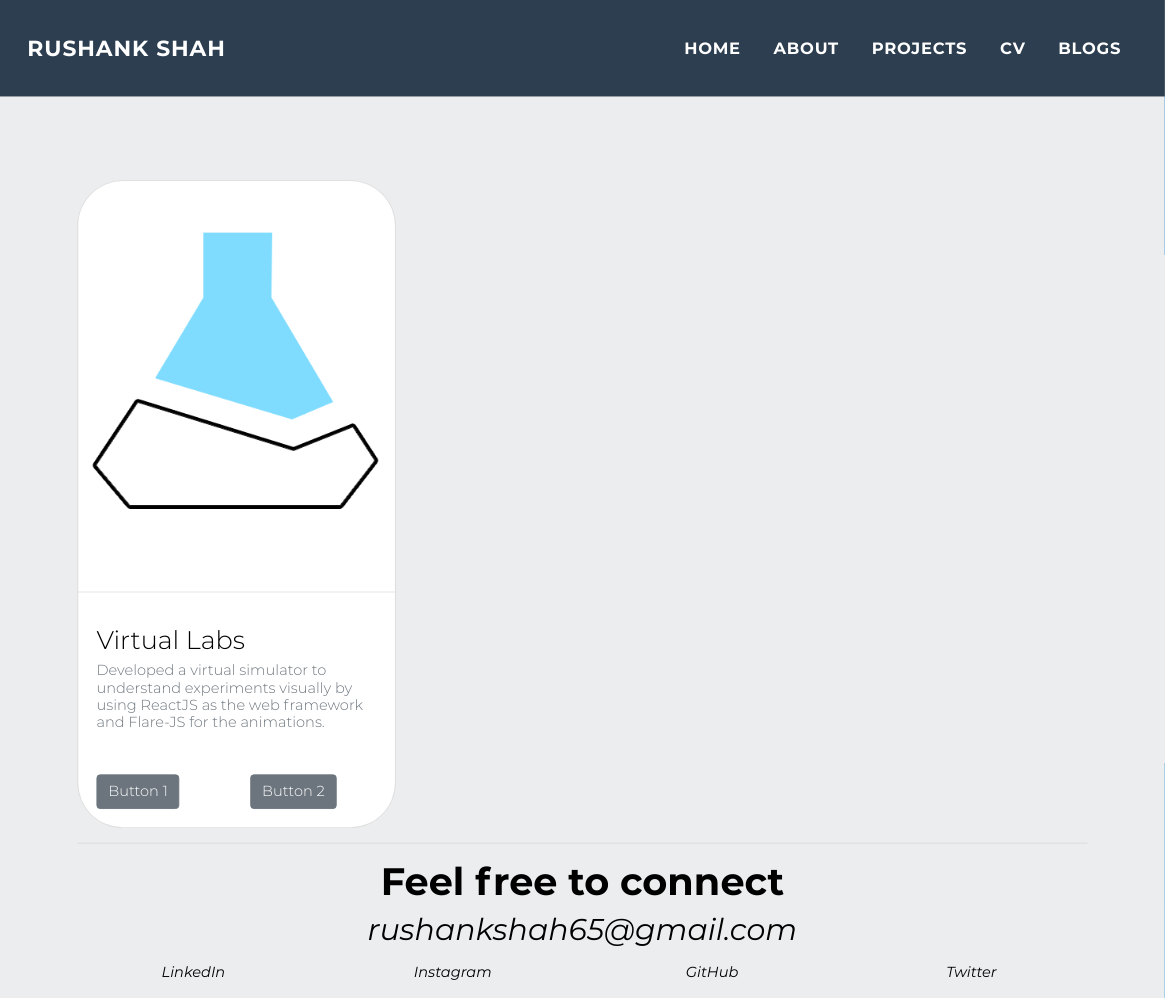
Repository: rushankshah/rushank-shah
Page: /projects
These files come from the project's save history. The page is drawn as it stood at one moment and after the next save; the edit follows.
The browser window is 1280 px wide. The pictures show the whole page, at 91% of full size.
The project was rebuilt for these pictures with package versions that can differ from the ones it lists, and the page was loaded fresh each time. The framework's server and built-in components were replaced by stand-ins that run in the browser. Also part of the build but not shown: next.config.js.

Above is the page before, as saved 2020-12-02 20:11:34.

### pages/projects.js
import BaseLayout from '../components/layouts/BaseLayout'
import BasePage from '../components/BasePage'
import { Button, Card, CardBody, CardImg, CardSubtitle, CardTitle, Col, Row } from 'reactstrap'


const projects = () => {
    return (
        <BaseLayout>
            <BasePage className='projects-page'>
                <Row className='mt-5'>
                    <Col md='4'>
                        <Card className='intro' style={{ borderRadius: '50px' }}>
                            <CardImg width='25%' top src="/static/images/virtual-labs-logo.png" alt="Card image cap"></CardImg>
                            <hr></hr>
                            <CardBody>
                                <CardTitle tag='h3'>
                                    Virtual Labs
                                </CardTitle>
                                <CardSubtitle tag="h6" className="mb-2 text-muted">Developed a virtual simulator to understand experiments visually by using ReactJS as the web framework and Flare-JS for the animations.</CardSubtitle>
                                <Row className='mt-5'>
                                <Col md='6'>
                                    <Button>Button 1</Button>
                                </Col>
                                <Col md='6'>
                                    <Button>Button 2</Button>
                                </Col>
                                </Row>
                            </CardBody>
                        </Card>
                    </Col>
                </Row>
                <hr></hr>
            </BasePage>
        </BaseLayout>
    )
}

export default projects

### styles/main.scss
@import './shared/fonts';
@import './index';
@import './header';
@import './shared/colors';
@import 'about';
@import 'projects';

html, body {
    height:100%;
    width:100%;
    font-family: 'Montserrat', 'Helvetica';
  }

.self-typed{
  font-size: 31px;
  font-weight: 500;
  letter-spacing: 2px;
  color: white;
}

.absolute {
  position: absolute;
}

.base-page {
  padding-top: 150px;
  color: white;
  background-color: #ecedee;
  min-height: 100vh;

  .page-header {
    .page-header-title {
      font-weight: 700;
      color: black;
      display: inline-block;
      margin-bottom: 20px;
    }
  }
}

.social-media:hover{
  color: #dba919;
  cursor: pointer;
}

.clickable{
  cursor: pointer;
}

### components/layouts/BaseLayout.js
import React from 'react'
import Header from '../shared/Header'

const BaseLayout = (props) => {

    const { className, children } = props

    const headerType = props.headerType || 'default'

    return (
        <div className='layout-container'>
            <Header className={`port-nav-${headerType}`} />
            <main className={`cover ${className}`}>
                <div className='wrapper'>
                    {children}
                </div>
            </main>
        </div>
    )
}

export default BaseLayout

### components/BasePage.js
import React from 'react'
import { Container } from 'reactstrap'
import Footer from './shared/Footer'

export default function BasePage(props) {
    const className = props.className || ''
    const title = props.title
    return (
        <div className={`base-page ${className}`}>
            <Container>
                {props.children}
                <Footer />
            </Container>
        </div>
    )
}

### styles/shared/_fonts.scss
@font-face {
    font-family: 'Montserrat';
    src: url('/static/fonts/2.3\ Montserrat-Regular.ttf');
    font-weight: normal;
    font-style: normal;
}

@font-face {
    font-family: 'Montserrat';
    src: url('/static/fonts/2.4\ Montserrat-Bold.ttf');
    font-weight: bold;
    font-style: normal;
}

@font-face {
    font-family: 'Montserrat';
    src: url('/static/fonts/2.2\ Montserrat-Light.ttf');
    font-weight: lighter;
    font-style: normal;
}

@font-face {
    font-family: 'Montserrat';
    src: url('/static/fonts/2.1\ Montserrat-Italic.ttf');
    font-weight: normal;
    font-style: italic;
}

### styles/_index.scss
  // ---------- Index Page CSS ------------
  .cover {
    background-image: linear-gradient(45deg,#00aeef 0%,#096fb9 100%);
    overflow: hidden;
    position: relative;
  }

  .wrapper {
    min-height: 100vh;
    min-width: 100vw;
    margin-top: 0;
    position: relative;
  }

  .main-section {
    top: 150px;
    width: 100%;
    padding: 150px 0 0;
  }

  .hero-section{
    h2 {
      color: white;
      font-weight: bold;
      margin-bottom: 10px;
    }

    perspective: 1000px;
    color: white;
    width: 400px;
    position: relative;

    &-content {
      position: absolute;
      bottom: 20px;
      width: 360px;
      left: 6%;
      z-index: 1;

      &-intro {
        font-size: 17px;
      }
    }
  }

  .image {
    width: auto;
    max-width: 100%;
  }

  .hero-welcome-text > h1 {
    color: white;
    text-transform: uppercase;
    font-size: 27px;
    margin-top: 80px;
  }

  .hero-welcome-bio {
    margin-top: 20px;
    color: white;

    .fa-stack {
      font-size: 28px;
    }

    .list-inline-item {
      > a {
        color: #373737;
      }
    }
  }

  .hero-welcome-wrapper {
    justify-content: flex-end;

  }

  @media (max-width: 991px) {
    .hero-section {
      width: 341px;
      height: 445px;

      &-content {
        width: 341px;
      }
    }

    .hero-welcome-text > h1 {
      margin-top: 0px;
    }
  }

  .background-image {
    position: absolute;
    width: 1762px;
    height: 493px;
  }

  .shadow-custom {
    width: 100%;
    height: 100%;
    position: absolute;
    top: 0;
    box-shadow: -17px 13px 41px rgba(13,78,158,0.6);
    border: 2px solid #3bace5;

    .shadow-inner {
      width: 100%;
      height: 100%;
      box-shadow: -17px 13px 13px rgba(0,0,0,0.09);
    }
  }

  .shadow-custom-2 {
    border: 2px solid #f37d49;
    box-shadow: -17px 13px 41px rgba(13,78,158,0.3);
  }

  .flipper{
    transition: 1s;
    transform-style: preserve-3d;
    position: relative;
  }

  .flipper.isFlipping{
    transform: rotateY(-180deg);
  }

  .front, .back{
    backface-visibility: hidden;
    position: absolute;
    top: 0;
    left: 0;
  }

  .cover-0 {
  }

  .cover-1 {
    background-image: linear-gradient(45deg, rgb(254, 202, 83), rgb(253, 157, 97));
  }

  .front{
    transform: rotateY(0deg);
    z-index: 9999;
  }

  .back{
    transform: rotateY(180deg);
  }

### styles/_header.scss
@import './shared/colors';
  // HEADER
  .port-navbar.port-nav-base {
    width: 100%;
    z-index: 15;
    padding: 40px;

    .port-navbar {
      &-brand {
        color: white;
        font-size: 24px;
        text-transform: uppercase;
        letter-spacing: 1px;
        font-weight: bold;
      }

      &-item {
        margin-left: 10px;
        margin-right: 10px;
      }

      &-link {
        color: white;
        font-weight: bold;
        letter-spacing: 0.8px;
        font-size: 18px;
        text-transform: uppercase;

        &.active {
        color: #dba919;
        }

        &:hover, &:focus {
          color: #dba919;
        }
      }
    }
  }

  .port-navbar.port-nav-base.port-nav-default {
    padding: 30px;
    background-color: $secondary !important;
  }

  .bg-transparent.menu-open {
    background-color: #2C3E50 !important;
  }

  .bg-transparent.menu-close {
    transition: 1s;
  }

### styles/shared/_colors.scss
$main-color-blue: #0977C0;
$main-color-red: 'red';

$navbar-orange: #dba919;
$base-page-white: #ecedee;

$white: #fff !default;
$gray-100: #f8f9fa !default;
$gray-200: #e9ecef !default;
$gray-300: #dee2e6 !default;
$gray-400: #ced4da !default;
$gray-500: #adb5bd !default;
$gray-600: #868e96 !default;
$gray-700: #495057 !default;
$gray-800: #343a40 !default;
$gray-900: #212529 !default;
$black: #000 !default;

$primary: #18BC9C !default;
$secondary: #2C3E50 !default;

$blue:    #007bff !default;
$indigo:  #6610f2 !default;
$purple:  #6f42c1 !default;
$pink:    #e83e8c !default;
$red:     #dc3545 !default;
$orange:  #fd7e14 !default;
$yellow:  #ffc107 !default;
$green:   #28a745 !default;
$teal:    #0085A1 !default;
$cyan:    #17a2b8 !default;

### styles/_about.scss
@import './shared/mixins';
.about-page {
    .left-side {
      // margin-top: 10vh;

      color: black;
      text-align: left;
    }

    .fadein {
      opacity: 0;

      @include animation(fadein 2s);
      @include animation-fill-mode(forwards);
    }

    .intro{
        color: black;
        font-weight: lighter;
    }

    .title {
      @include animation-detail(0.7s);
      font-size: 42px;
      font-weight: bold;
    }

    .subtitle {
      @include animation-detail(2.2s);
      font-size: 33px;
    }

    .subsubTitle {
      @include animation-detail(3.6s);
      font-size: 18px;
    }

    @keyframes fadein {
      from { opacity: 0; }
      to   { opacity: 1; }
    }
  }

### styles/shared/_mixins.scss
// MIXINS
@mixin background-cover() {
    -webkit-background-size: cover;
    -moz-background-size: cover;
    -o-background-size: cover;
    background-size: cover;
  }

  @mixin animation($animationType) {
    -webkit-animation: $animationType; /* Safari, Chrome and Opera > 12.1 */
       -moz-animation: $animationType; /* Firefox < 16 */
        -ms-animation: $animationType; /* Internet Explorer */
         -o-animation: $animationType; /* Opera < 12.1 */
            animation: $animationType;
  }


  @mixin animation-fill-mode($animationMode) {
    -webkit-animation-fill-mode: $animationMode;  /* this makes sure that after animation is done we remain at the last keyframe value (opacity: 1)*/
    -moz-animation-fill-mode: $animationMode;
    animation-fill-mode: $animationMode;
  }


  @mixin animation-detail($detail) {
    -webkit-animation-delay: $detail;
    -moz-animation-delay: $detail;
    animation-delay: $detail;
  }

### styles/_projects.scss
@import './shared/mixins';
.projects-page {
    .left-side {
      // margin-top: 10vh;

      color: black;
      text-align: left;
    }

    .fadein {
      opacity: 0;

      @include animation(fadein 2s);
      @include animation-fill-mode(forwards);
    }

    .intro{
        color: black;
        font-weight: lighter;
    }

    .title {
      @include animation-detail(0.7s);
      font-size: 42px;
      font-weight: bold;
    }

    .subtitle {
      @include animation-detail(2.2s);
      font-size: 33px;
    }

    .subsubTitle {
      @include animation-detail(3.6s);
      font-size: 18px;
    }

    @keyframes fadein {
      from { opacity: 0; }
      to   { opacity: 1; }
    }
  }

### components/shared/Header.js
import { useState } from 'react'
import Link from 'next/link'
import Head from 'next/head'
import {
    Collapse,
    Navbar,
    NavbarToggler,
    NavbarBrand,
    Nav,
    NavItem
} from 'reactstrap';

const Header = (props) => {
    const [isOpen, setIsOpen] = useState(false);

    const toggle = () => setIsOpen(!isOpen);

    const className = props.className

    const menuOpenClass = isOpen ? 'menu-open' : 'menu-close'

    return (
        <div>
            <Head>
                <title>Rushank Shah</title>
                <link rel="icon" href="/static/images/R.jpg" />
                <link href="https://cdn.lineicons.com/2.0/LineIcons.css" rel="stylesheet"></link>
            </Head>
            <Navbar className={`port-navbar port-nav-base absolute ${className} ${menuOpenClass}`} color="transparent" dark expand="md">
                <NavbarBrand className='port-navbar-brand'>Rushank Shah</NavbarBrand>
                <NavbarToggler onClick={toggle} />
                <Collapse isOpen={isOpen} navbar>
                    <Nav className="ml-auto" navbar>
                        <NavItem className='port-navbar-item'>
                            <Link href='/'>
                                <a className='nav-link port-navbar-link'> Home </a>
                            </Link>
                        </NavItem>
                        <NavItem className='port-navbar-item'>
                            <Link href='/about'>
                                <a className='nav-link port-navbar-link'> About </a>
                            </Link>
                        </NavItem>
                        <NavItem className='port-navbar-item'>
                            <Link href='/projects'>
                                <a className='nav-link port-navbar-link'> Projects </a>
                            </Link>
                        </NavItem>
                        <NavItem className='port-navbar-item'>
                            <Link href='/cv'>
                                <a className='nav-link port-navbar-link'> CV </a>
                            </Link>
                        </NavItem>
                        <NavItem className='port-navbar-item'>
                            <Link href='/blogs'>
                                <a className='nav-link port-navbar-link'> Blogs </a>
                            </Link>
                        </NavItem>
                    </Nav>
                </Collapse>
            </Navbar>
        </div>
    )
}

export default Header

### components/shared/Footer.js
import { Col, Row } from "reactstrap";

export default function Footer() {
    return (
        <div>
            <div className='intro'>
                <h5 className='title' style={{ textAlign: 'center', color: 'black' }}>
                    Feel free to connect
                </h5>
                <h5 className='subtitle' style={{ textAlign: 'center', color: 'black' }}>
                    <a target='_blank' style={{ color: 'black', textDecoration: 'none' }} href='mailto:rushankshah65@gmail.com'>
                        <i className="lni lni-envelope lni-lg lni-32 social-media"> rushankshah65@gmail.com</i>
                    </a>
                </h5>
                <Row className='mt-3' style={{ textAlign: 'center', color: 'black' }}>
                    <Col md='3'>
                        <div>
                            <a target='_blank' style={{ color: 'black', textDecoration: 'none' }} href='https://www.linkedin.com/in/rushank-shah-65836b1a6/'>
                                <i className="lni lni-linkedin-original lni-lg lni-32 social-media">LinkedIn</i>
                            </a>
                        </div>
                    </Col>
                    <Col md='3'>
                        <div>
                            <a target='_blank' style={{ color: 'black', textDecoration: 'none' }} href='https://www.instagram.com/rushankshah65/'>
                                <i className="lni lni-instagram lni-lg lni-32 social-media">Instagram</i>
                            </a>
                        </div>
                    </Col>
                    <Col md='3'>
                        <div>
                            <a target='_blank' style={{ color: 'black', textDecoration: 'none' }} href='https://github.com/rushankshah'>
                                <i className="lni lni-github-original lni-lg lni-32 social-media">GitHub</i>
                            </a>
                        </div>
                    </Col>
                    <Col md='3'>
                        <div>
                            <a target='_blank' style={{ color: 'black', textDecoration: 'none' }} href='https://twitter.com/ShahRushank'>
                                <i className="lni lni-twitter-original lni-lg lni-32 social-media">Twitter</i>
                            </a>
                        </div>
                    </Col>
                </Row>
                <Row className='mt-3'>
                </Row>
            </div>
        </div>
    )
}

Loaded but not shown: pages/_app.js (common file)

After the next save:
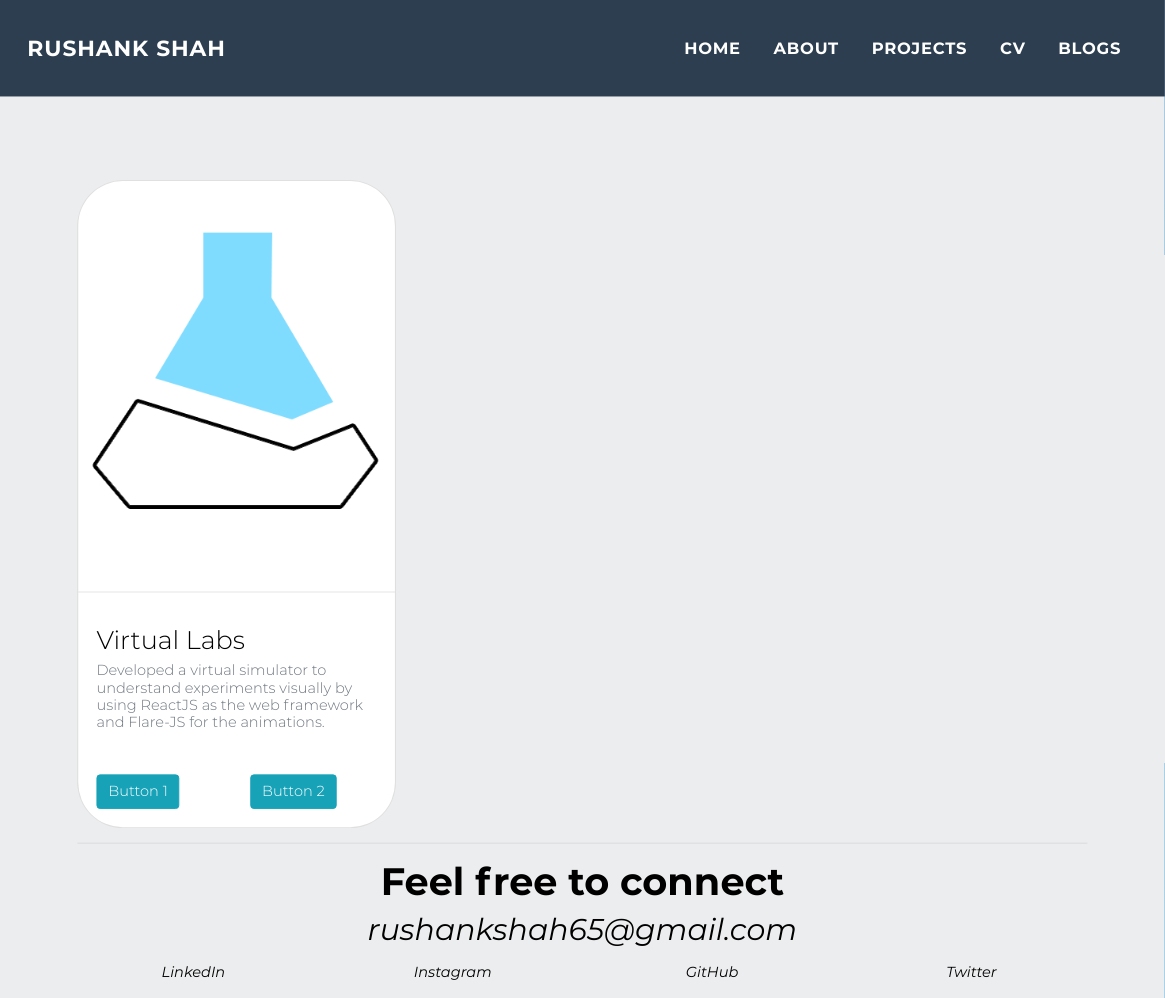
Saved 67 s later.
--- a/pages/projects.js
+++ b/pages/projects.js
@@ -19,10 +19,10 @@
                                 <CardSubtitle tag="h6" className="mb-2 text-muted">Developed a virtual simulator to understand experiments visually by using ReactJS as the web framework and Flare-JS for the animations.</CardSubtitle>
                                 <Row className='mt-5'>
                                 <Col md='6'>
-                                    <Button>Button 1</Button>
+                                    <Button color='info'>Button 1</Button>
                                 </Col>
                                 <Col md='6'>
-                                    <Button>Button 2</Button>
+                                    <Button color='info'>Button 2</Button>
                                 </Col>
                                 </Row>
                             </CardBody>
